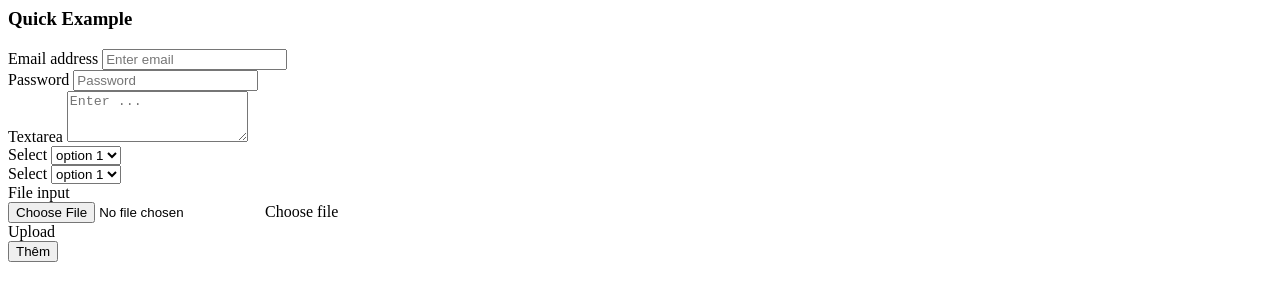
Repository: NguyenTranBaoKhanh/BKShop
Page: http://localhost/App/Views/admin/sanpham/create.php
An editor plug-in stored every save of this project. The page is shown before and after the next save, followed by the edit.
The browser window is 1280 px wide. The pictures show the whole page.
The page is run by PHP 8.4 with error messages shown; the project is at /var/www/html/.

Above is the page before, as saved 2021-10-31 14:47:48.

### App/Views/admin/sanpham/create.php
<div class="card card-success">
  <div class="card-header">
    <h3 class="card-title">Quick Example</h3>
  </div>
  <!-- /.card-header -->
  <!-- form start -->
  <form>
    <div class="card-body">
      <div class="form-group">
        <label for="exampleInputEmail1">Email address</label>
        <input type="email" class="form-control" id="exampleInputEmail1" placeholder="Enter email">
      </div>
      <div class="form-group">
        <label for="exampleInputPassword1">Password</label>
        <input type="password" class="form-control" id="exampleInputPassword1" placeholder="Password">
      </div>
      <div class="form-group">
        <label>Textarea</label>
        <textarea class="form-control" rows="3" placeholder="Enter ..."></textarea>
      </div>



      <div class="row">
        <div class="col-sm-6">
          <!-- select -->
          <div class="form-group">
            <label>Select</label>
            <select class="form-control">
              <option>option 1</option>
              <option>option 2</option>
              <option>option 3</option>
              <option>option 4</option>
              <option>option 5</option>
            </select>
          </div>
        </div>
        <div class="col-sm-6">
          <div class="form-group">
            <label>Select</label>
            <select class="form-control">
              <option>option 1</option>
              <option>option 2</option>
              <option>option 3</option>
              <option>option 4</option>
              <option>option 5</option>
            </select>
          </div>
        </div>
      </div>


      <div class="form-group">
        <label for="exampleInputFile">File input</label>
        <div class="input-group">
          <div class="custom-file">
            <input type="file" class="custom-file-input" id="exampleInputFile">
            <label class="custom-file-label" for="exampleInputFile">Choose file</label>
          </div>
          <div class="input-group-append">
            <span class="input-group-text">Upload</span>
          </div>
        </div>
      </div>
    </div>
    <!-- /.card-body -->

    <div class="card-footer">
      <button type="submit" class="btn btn-primary">Thêm</button>
    </div>
  </form>
</div>

After the next save:
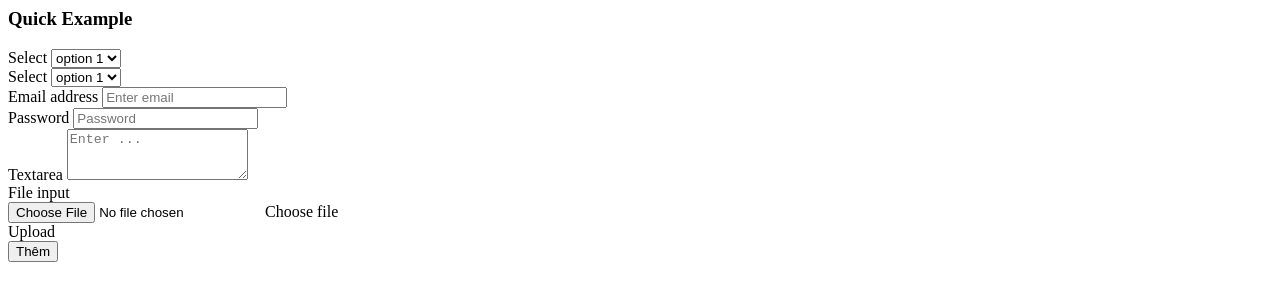
Saved 23 s later.
--- a/App/Views/admin/sanpham/create.php
+++ b/App/Views/admin/sanpham/create.php
@@ -6,22 +6,7 @@
   <!-- form start -->
   <form>
     <div class="card-body">
-      <div class="form-group">
-        <label for="exampleInputEmail1">Email address</label>
-        <input type="email" class="form-control" id="exampleInputEmail1" placeholder="Enter email">
-      </div>
-      <div class="form-group">
-        <label for="exampleInputPassword1">Password</label>
-        <input type="password" class="form-control" id="exampleInputPassword1" placeholder="Password">
-      </div>
-      <div class="form-group">
-        <label>Textarea</label>
-        <textarea class="form-control" rows="3" placeholder="Enter ..."></textarea>
-      </div>
-
-
-
-      <div class="row">
+    <div class="row">
         <div class="col-sm-6">
           <!-- select -->
           <div class="form-group">
@@ -48,6 +33,22 @@
           </div>
         </div>
       </div>
+      <div class="form-group">
+        <label for="exampleInputEmail1">Email address</label>
+        <input type="email" class="form-control" id="exampleInputEmail1" placeholder="Enter email">
+      </div>
+      <div class="form-group">
+        <label for="exampleInputPassword1">Password</label>
+        <input type="password" class="form-control" id="exampleInputPassword1" placeholder="Password">
+      </div>
+      <div class="form-group">
+        <label>Textarea</label>
+        <textarea class="form-control" rows="3" placeholder="Enter ..."></textarea>
+      </div>
+
+
+
+
 
 
       <div class="form-group">
